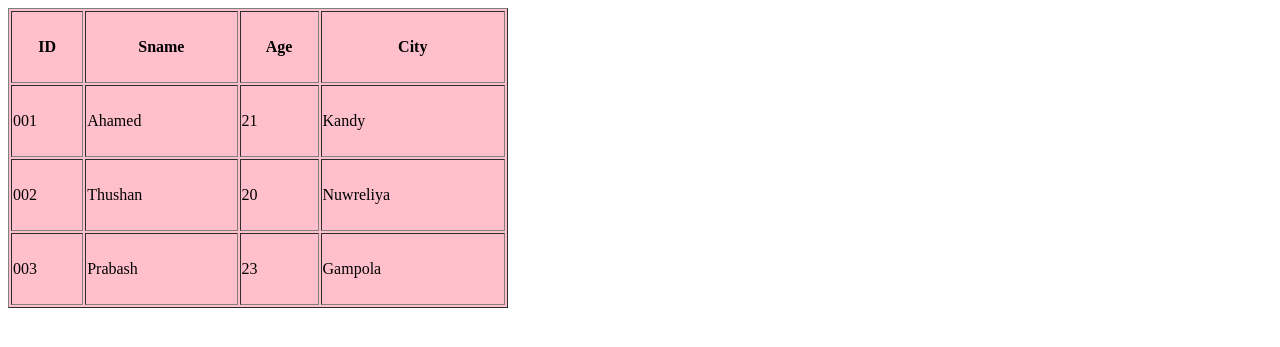
Repository: Haakim19/WebDevelopment
Page: new.html
These files come from the project's save history. The page is drawn as it stood at one moment and after the next save; the edit follows.
The browser window is 1280 px wide. The pictures show the whole page.

Above is the page before, as saved 2024-10-10 14:25:50.

### new.html
<!DOCTYPE html>
<html lang="en">
<head>
	<meta charset="UTF-8">
	<meta name="viewport" content="width=device-width, initial-scale=1.0">
	<title>Image</title>

</head>
<body>
	<!-- <div class="img">
		<a href="https://www.w3schools.com/css/default.asp"><img src="b41403e9a36b943a9a5ce39783bd88e0.jpg"  width="400px" height="700px" class="image"></a>
		<img src="f5aa4e34813a34132e7a52332ec3962e.jpg" width="400px" height="700px" class="image">
		<img src="6800309ef86e4dc7c17aeeb1d1d56284.jpg" width="400px" height="700px" class="image">
		<video src="Deadpool.Wolverine.2024.1080p.WEBRip.x264.AAC5.1-[YTS.MX].mp4" width="600px" height="600px"></video>
	</div> -->
	<div class="table">
		<table border="1" width="500px" height="300px" bgcolor="pink">
			<tr class="row-heading">
				<th>ID</th> <th>Sname</th> <th>Age</th> <th>City</th>
			</tr>
			<tr class="row-data">
				<td>001</td>
				<td>Ahamed</td>
				<td>21</td>
				<td>Kandy</td>
			</tr>
			<tr class="row-data">
				<td>002</td>
				<td>Thushan</td>
				<td>20</td>
				<td>Nuwreliya</td>
			</tr>
			<tr class="row-data">
				<td>003</td>
				<td>Prabash</td>
				<td>23</td>
				<td>Gampola</td>
			</tr>
		</table>
	</div>
</body>
</html>

After the next save:
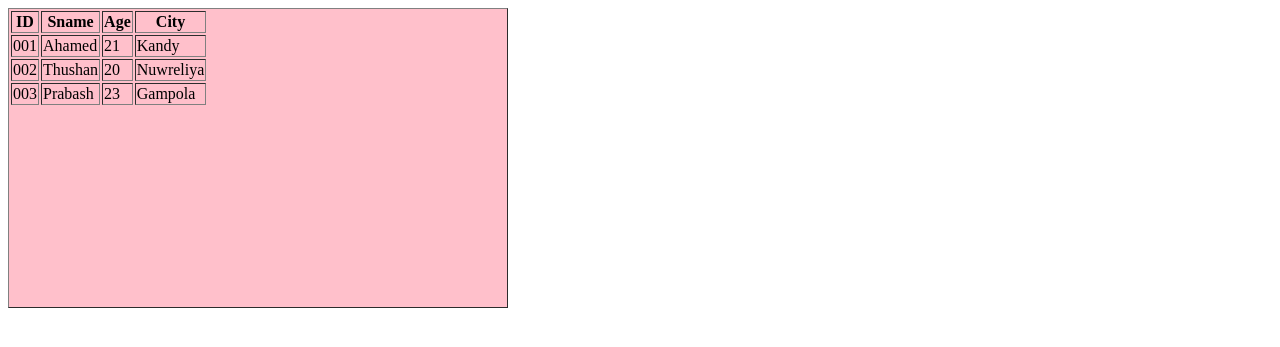
Saved 99 s later.
--- a/new.html
+++ b/new.html
@@ -14,7 +14,7 @@
 		<video src="Deadpool.Wolverine.2024.1080p.WEBRip.x264.AAC5.1-[YTS.MX].mp4" width="600px" height="600px"></video>
 	</div> -->
 	<div class="table">
-		<table border="1" width="500px" height="300px" bgcolor="pink">
+		<table style="display: block;" border="1" width="500px" height="300px" bgcolor="pink">
 			<tr class="row-heading">
 				<th>ID</th> <th>Sname</th> <th>Age</th> <th>City</th>
 			</tr>

After the save that followed:
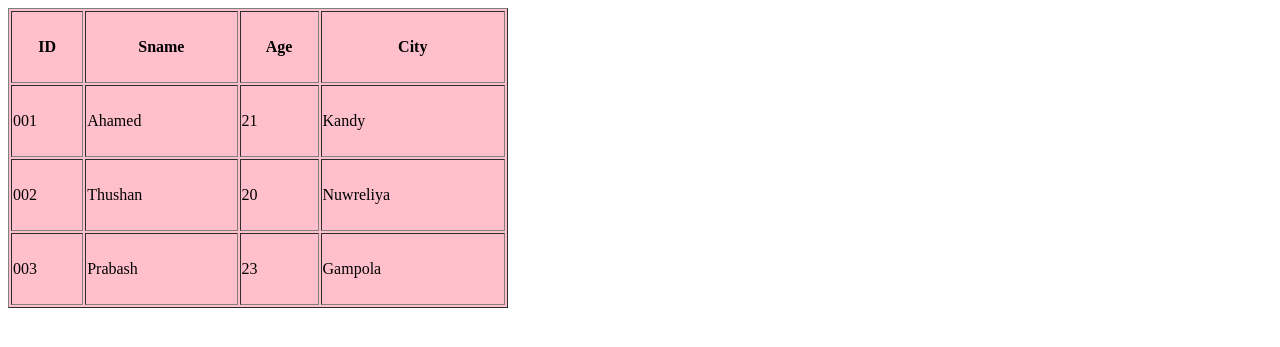
Saved 14 s later.
--- a/new.html
+++ b/new.html
@@ -14,7 +14,7 @@
 		<video src="Deadpool.Wolverine.2024.1080p.WEBRip.x264.AAC5.1-[YTS.MX].mp4" width="600px" height="600px"></video>
 	</div> -->
 	<div class="table">
-		<table style="display: block;" border="1" width="500px" height="300px" bgcolor="pink">
+		<table style="display: 100px;;" border="1" width="500px" height="300px" bgcolor="pink">
 			<tr class="row-heading">
 				<th>ID</th> <th>Sname</th> <th>Age</th> <th>City</th>
 			</tr>
